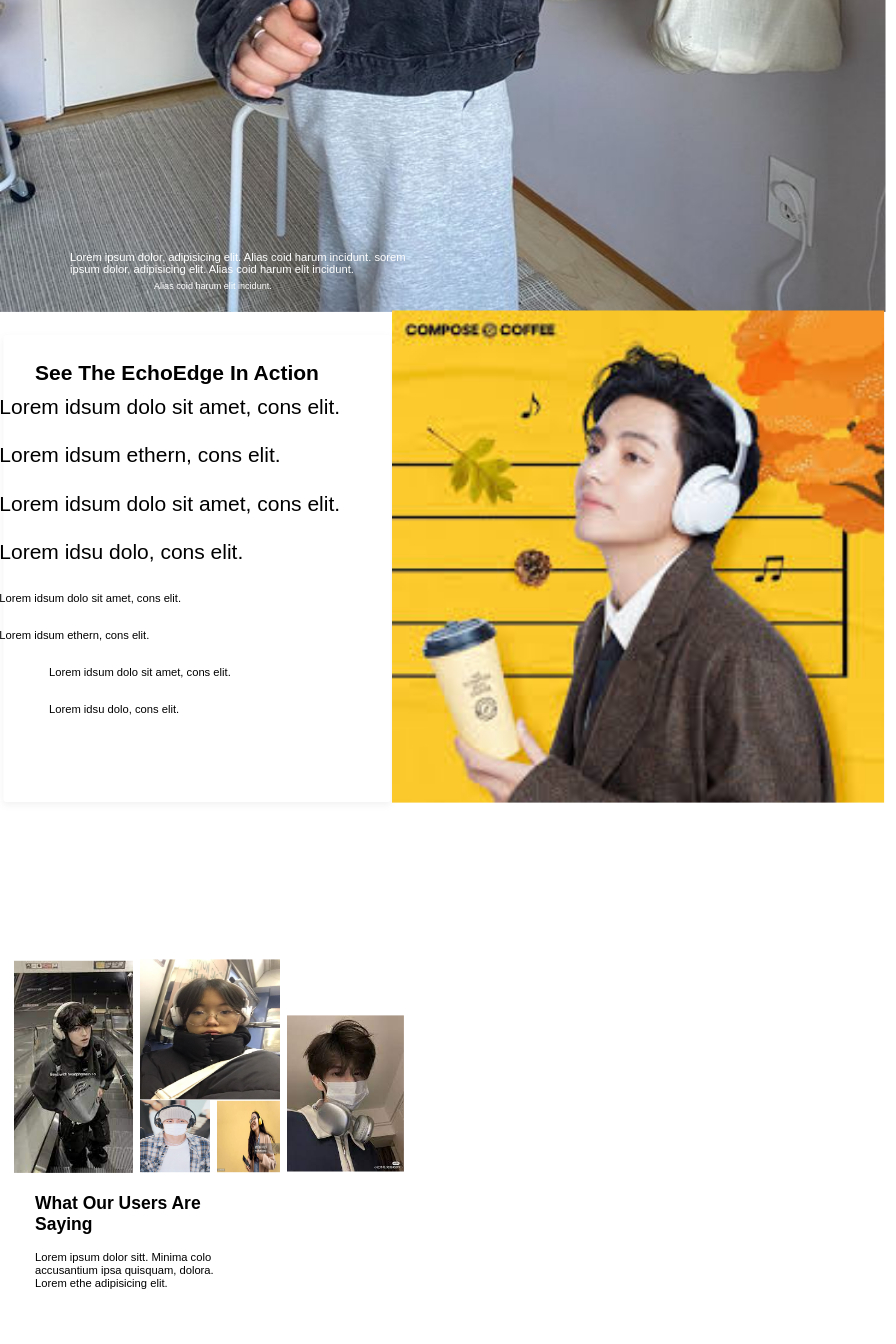
Repository: Femi007-gh/headphones
Page: index.html
These files come from the project's save history. The page is drawn as it stood at one moment and after the next save; the edit follows.
The browser window is 1280 px wide. The pictures show the part of the page from y = 3471 to 5391 px (the page is 6269 px tall), at 70% of full size.

Above is the page before, as saved 2025-03-03 07:52:54.

After the next save:
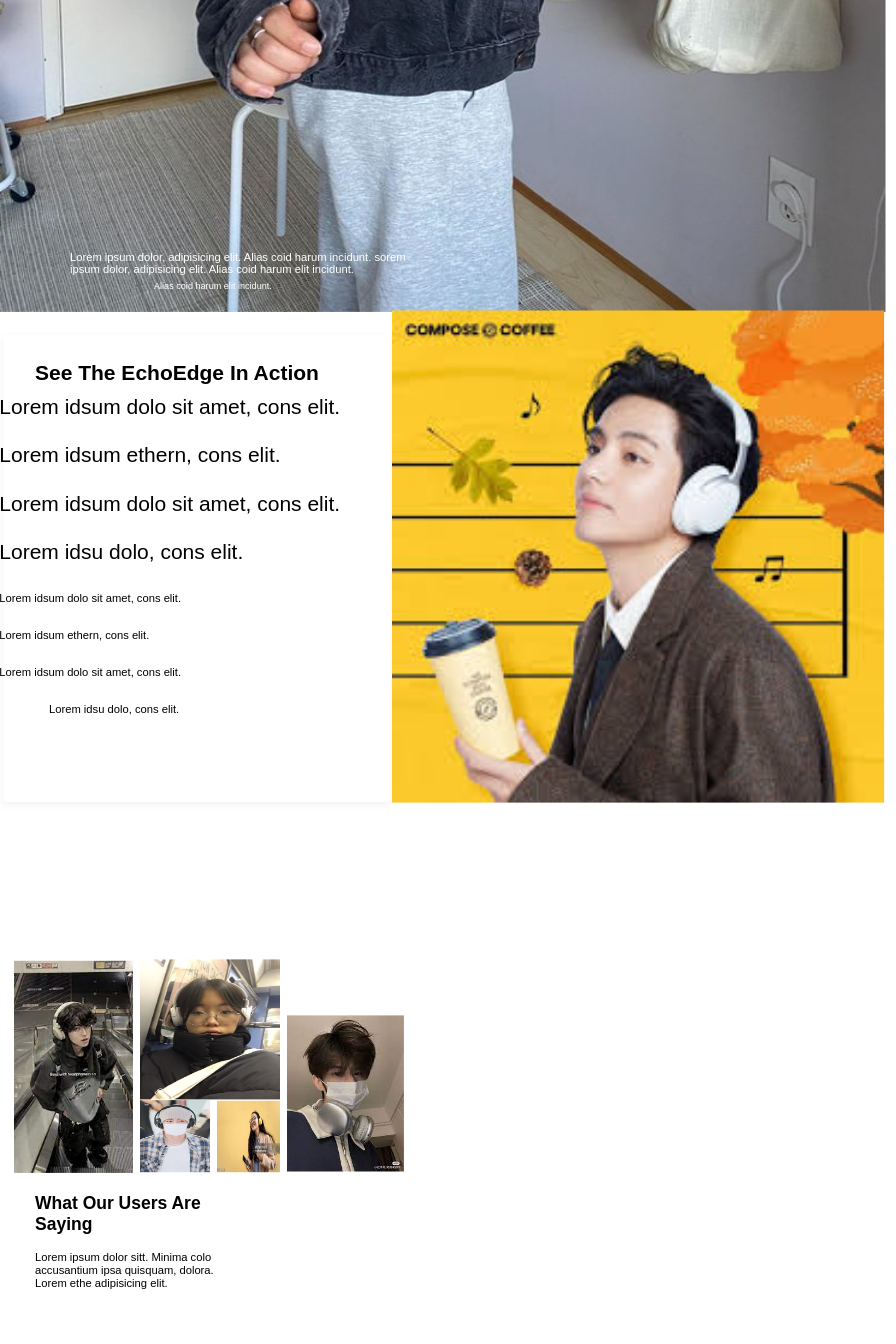
Saved 11 s later.
--- a/style.css
+++ b/style.css
@@ -503,7 +503,7 @@
   .lorem10, .lorem11, .lorem12,.lorem13, .head3 {
      font-size: 30px;
   }
-  .lorem10, .lorem11, .lorem12,.lorem13, .lorem14, .lorem15, .l {
+  .lorem10, .lorem11, .lorem12,.lorem13, .lorem14, .lorem15, .lorem16 {
     margin-left: -1px;
   }
   .lorem10, .lorem11, .lorem12, .lorem13, .lorem14, .lorem15, .lorem16 {
